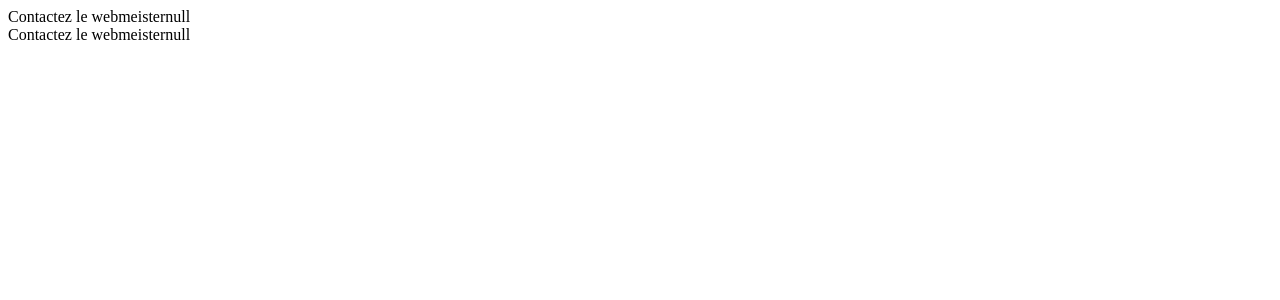
Repository: max4578/JeeProject_MMiraglia_DPaimparet
Page: http://localhost/BetaBoutique/Bienvenue5.jsp
These files come from the project's save history. The page is drawn as it stood at one moment and after the next save; the edit follows.
The browser window is 1280 px wide. The pictures show the whole page.
The page is served by Tomcat 9. Nobody is signed in. The application's start-up code is not run.

Above is the page before, as saved 2017-12-13 09:51:32.

### BetaBoutique/WebContent/Bienvenue5.jsp
<%@ page language="java" contentType="text/html; charset=UTF-8"
    pageEncoding="UTF-8"%>
<!DOCTYPE html PUBLIC "-//W3C//DTD HTML 4.01 Transitional//EN" "http://www.w3.org/TR/html4/loose.dtd">
<html>
<head>
<meta http-equiv="Content-Type" content="text/html; charset=UTF-8">
<title>Bienvenue</title>
</head>
<body>
	<%
		out.println("Contactez le webmeister"+application.getInitParameter("emailAdministrateur")+"</br>");
	    out.println("Contactez le webmeister"+config.getInitParameter("emailAdministrateur")+"</br>");

	%>
</body>
</html>

After the next save:
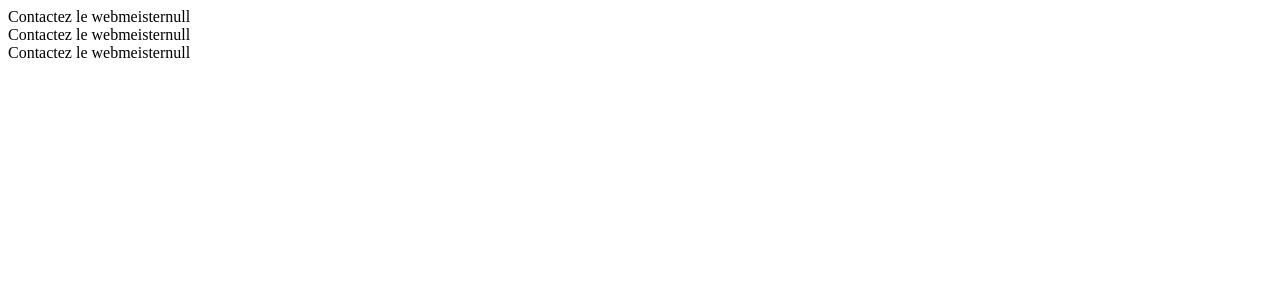
Saved 27 s later.
--- a/BetaBoutique/WebContent/Bienvenue5.jsp
+++ b/BetaBoutique/WebContent/Bienvenue5.jsp
@@ -10,6 +10,7 @@
 	<%
 		out.println("Contactez le webmeister"+application.getInitParameter("emailAdministrateur")+"</br>");
 	    out.println("Contactez le webmeister"+config.getInitParameter("emailAdministrateur")+"</br>");
+	    out.println("Contactez le webmeister"+application.getInitParameter("adresseAdministrateur")+"</br>");
 
 	%>
 </body>
